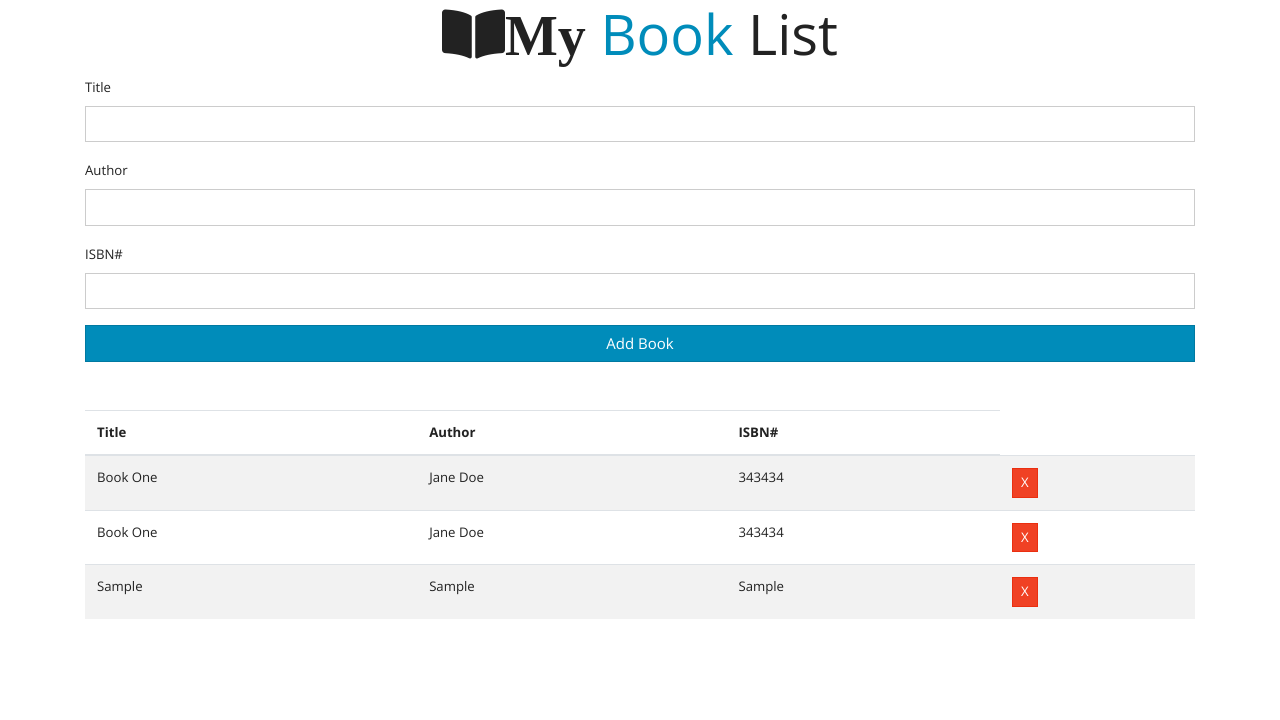
Repository: konstantin0s/bookList
Page: index.html
These files come from the project's save history. The page is drawn as it stood at one moment and after the next save; the edit follows.
The browser window is 1280 px wide. The pictures show the whole page.
Empty fields were first filled with sample values (such as "Sample", 5 or name@example.com).
After loading, the first visible `#book-form` was submitted once.
Some web libraries are served in a nearby version.

Above is the page before, as saved 2018-12-24 23:27:18.

### index.html
<!DOCTYPE html>
<html lang="en">
<head>
  <meta charset="UTF-8">
  <meta name="viewport" content="width=device-width, initial-scale=1.0">
  <meta http-equiv="X-UA-Compatible" content="ie=edge">
  <link rel="stylesheet" href="https://bootswatch.com/4/yeti/bootstrap.min.css">
  <link rel="stylesheet" href="https://use.fontawesome.com/releases/v5.6.3/css/all.css" integrity="sha384-UHRtZLI+pbxtHCWp1t77Bi1L4ZtiqrqD80Kn4Z8NTSRyMA2Fd33n5dQ8lWUE00s/" crossorigin="anonymous">
  <title>Book List</title>
</head>
<body>
  <div class="container">
    <h1 class="display-4 text-center"><i class="fas fa-book-open">My</i> <span class="text-primary">Book</span> List</h1>
  <form action="" id="book-form">
    <div class="form-group">
      <label for="title">Title</label>
      <input type="text" id="title" class="form-control">
    </div>
    <div class="form-group">
        <label for="author">Author</label>
        <input type="text" id="author" class="form-control">
      </div>
      <div class="form-group">
          <label for="isbn">ISBN#</label>
          <input type="text" id="isbn" class="form-control">
        </div>
        <input type="submit" value="Add Book" class="btn btn-primary btn-block">
  </form>
  <table>
    <table class="table table-striped mt-5">
      <thead>
        <tr>
          <th>Title</th>
          <th>Author</th>
          <th>ISBN#</th>
        </tr>
      </thead>
      <tbody id="book-list"></tbody>
    </table>
  </table>
  </div>

  <script type="text/javascript" src="js/app.js"></script>
</body>
</html>

### js/app.js
//Book class: Represents a book
class Book {
  constructor(title, author, isbn) {
  this.title = title;
  this.author = author;
  this.isbn = isbn;
  }
}

//Ui Class: Handles UI Tasks
class UI {
static displayBooks() {
  const StoredBooks = [
    {
      title: 'Book One',
      author: 'Jane Doe',
      isbn: '343434'
    },
    {
      title: 'Book One',
      author: 'Jane Doe',
      isbn: '343434'
    }
  ];
  const books = StoredBooks;
  books.forEach((book) => UI.addBookToList(book));
 }
 static addBookToList(book) {
      const list = document.querySelector("#book-list");

      const row = document.createElement("tr");

      row.innerHTML = `
      <td>${book.title}</td>
      <td>${book.author}</td>
      <td>${book.isbn}</td>
      <td><a href="#" class="btn btn-danger btn-sm delete">X</a></td>
      `;

      list.appendChild(row);
 }

 static deleteBook(el) {
   if (el.classList.contains("delete")) {
     el.parentElement.parentElement.remove();
   }
 }

 static showAlert(message, className) {
   const div = document.createElement('div');
   div.className = `
  alert alert-${className}
   `;
   div.appendChild(document.createTextNode(message));
   const container = document.querySelector('.container');
   const form = document.querySelector('#book-form');
   container.insertBefore(div, form);
   //Delete in 3 sec
   setTimeout(() => document.querySelector(".alert").remove(), 3000);
 }

 static clearFields() {
   document.querySelector('#title').value = '';
   document.querySelector('#author').value = '';
   document.querySelector('#isbn').value = '';
 }
}
//Store Class : Handles Storage

//Events: Display Books
document.addEventListener('DOMContentLoaded', UI.displayBooks);

//Events: Add a Book
document.querySelector("#book-form").addEventListener("submit", (e) => {
  e.preventDefault();

const title = document.querySelector("#title").value;
const author = document.querySelector("#author").value;
const isbn = document.querySelector("#isbn").value;

//Validate
if (title === '' || author === '' || isbn === '') {
UI.showAlert('Please fill in all fields', 'danger');
} else {
//Instantiate book
const book = new Book(title, author, isbn);


//Add book to UI
UI.addBookToList(book);

//Clear Fields
UI.clearFields();
}

});

//Events: Remove a Book
document.querySelector("#book-list").addEventListener("click", (e) => {
  UI.deleteBook(e.target);
})

After the next save:
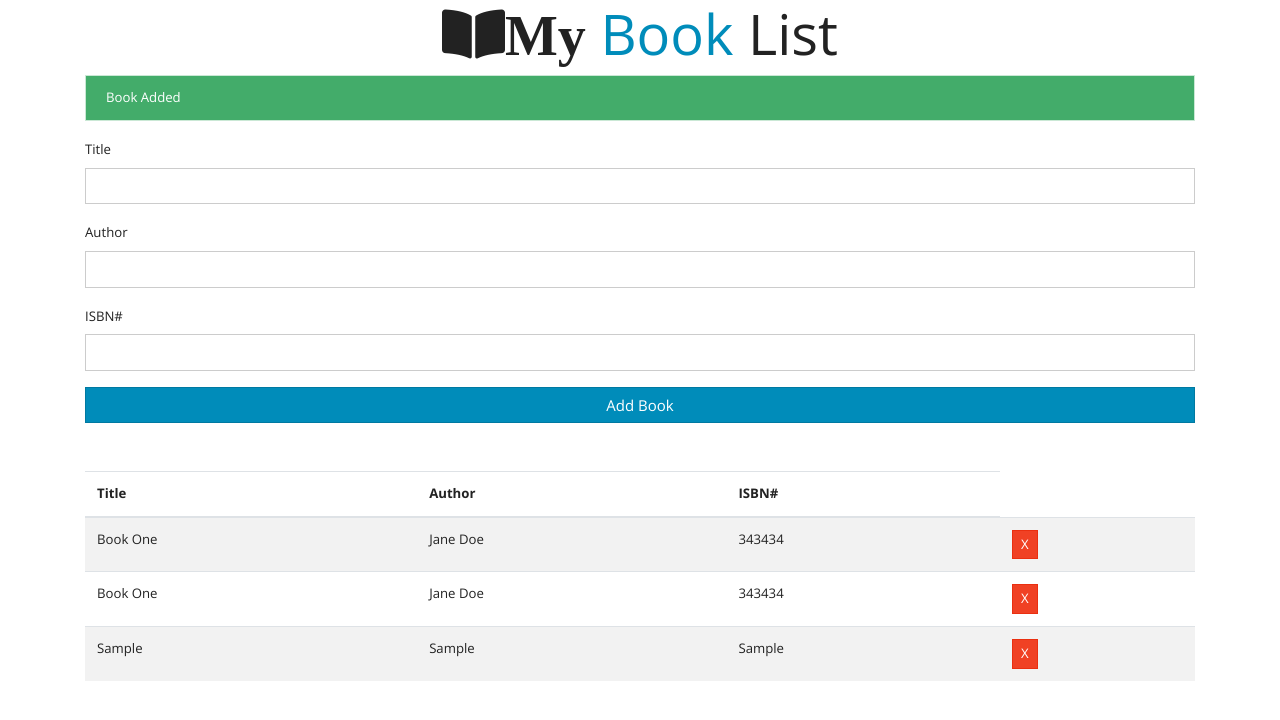
Saved 81 s later.
--- a/js/app.js
+++ b/js/app.js
@@ -89,6 +89,9 @@ const book = new Book(title, author, isbn);
 //Add book to UI
 UI.addBookToList(book);
 
+//Show success message
+UI.showAlert('Book Added', 'success');
+
 //Clear Fields
 UI.clearFields();
 }
